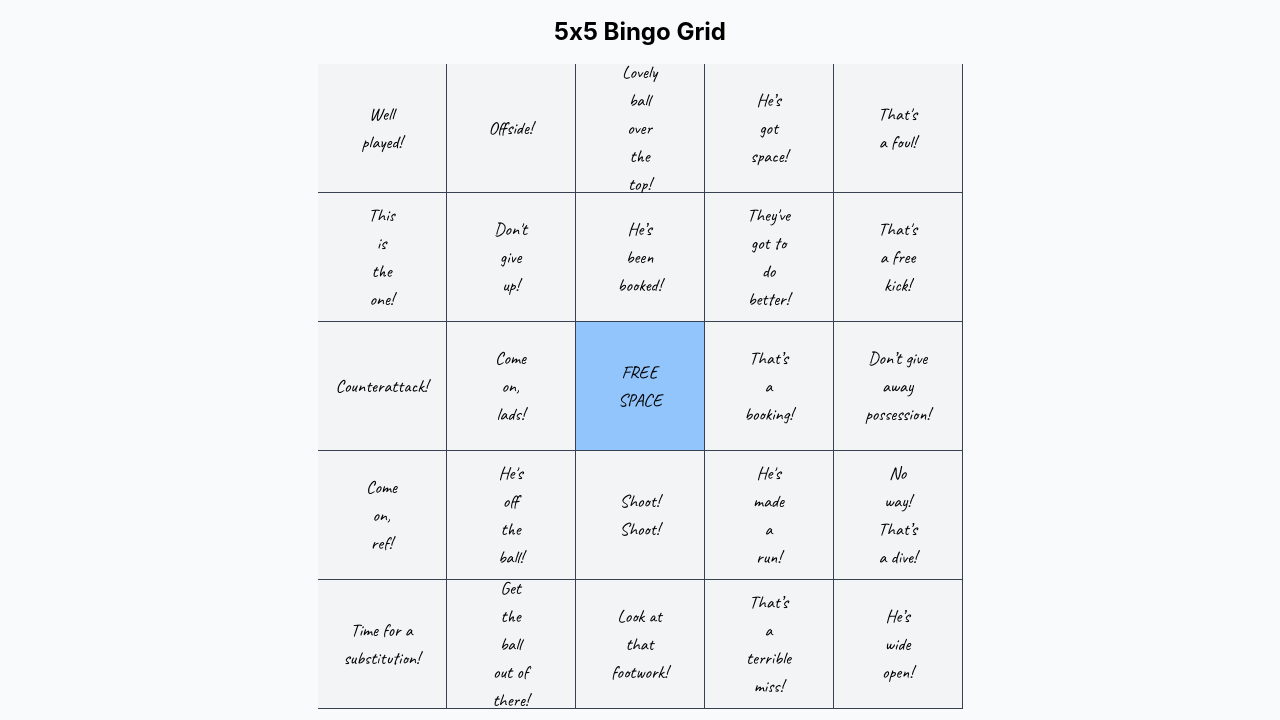
Repository: yassirbn/football-bingo
Page: /
These files come from the project's save history. The page is drawn as it stood at one moment and after the next save; the edit follows.
The browser window is 1280 px wide. The pictures show the whole page.
The project was rebuilt for these pictures with package versions that can differ from the ones it lists, and the page was loaded fresh each time.

Above is the page before, as saved 2024-11-27 12:30:34.

After the next save:
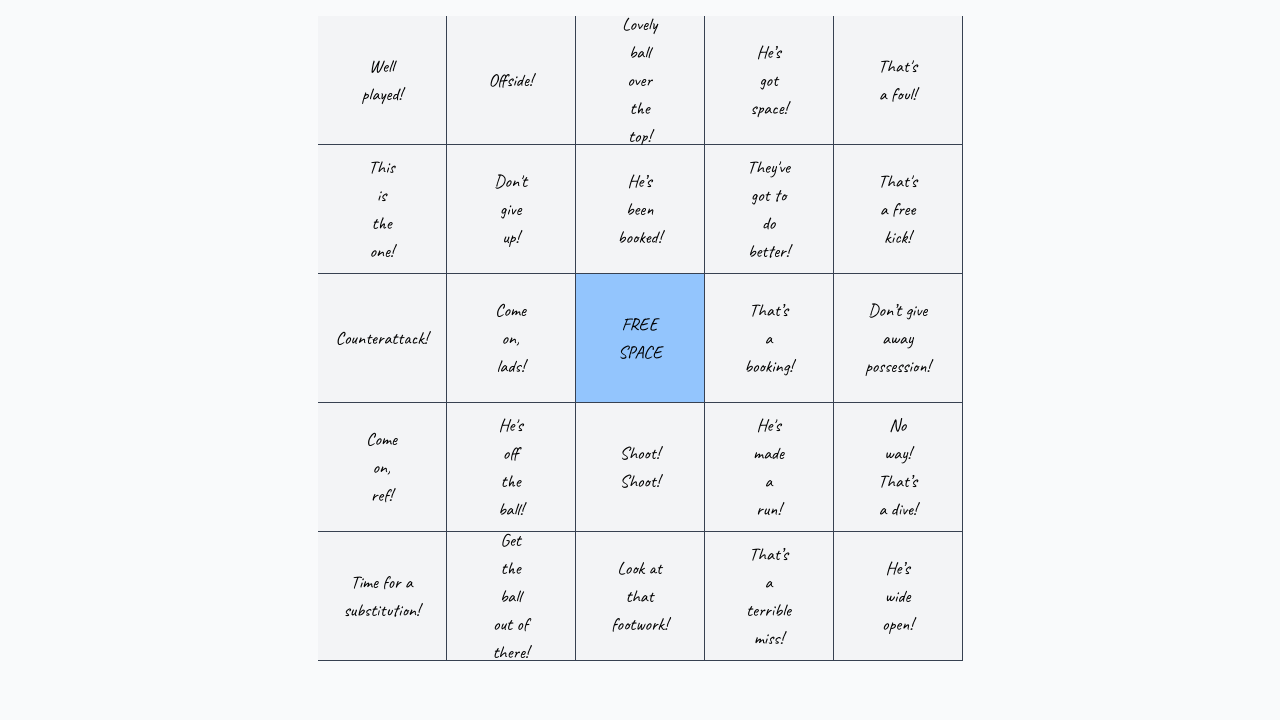
Saved 29 s later.
--- a/src/component/BingoGrid/BingoGrid.js
+++ b/src/component/BingoGrid/BingoGrid.js
@@ -93,7 +93,6 @@
       )}
 
       {/* Bingo Grid */}
-      <h1 className="text-center text-2xl font-bold mb-4">5x5 Bingo Grid</h1>
       <div
         className="grid"
         style={{
